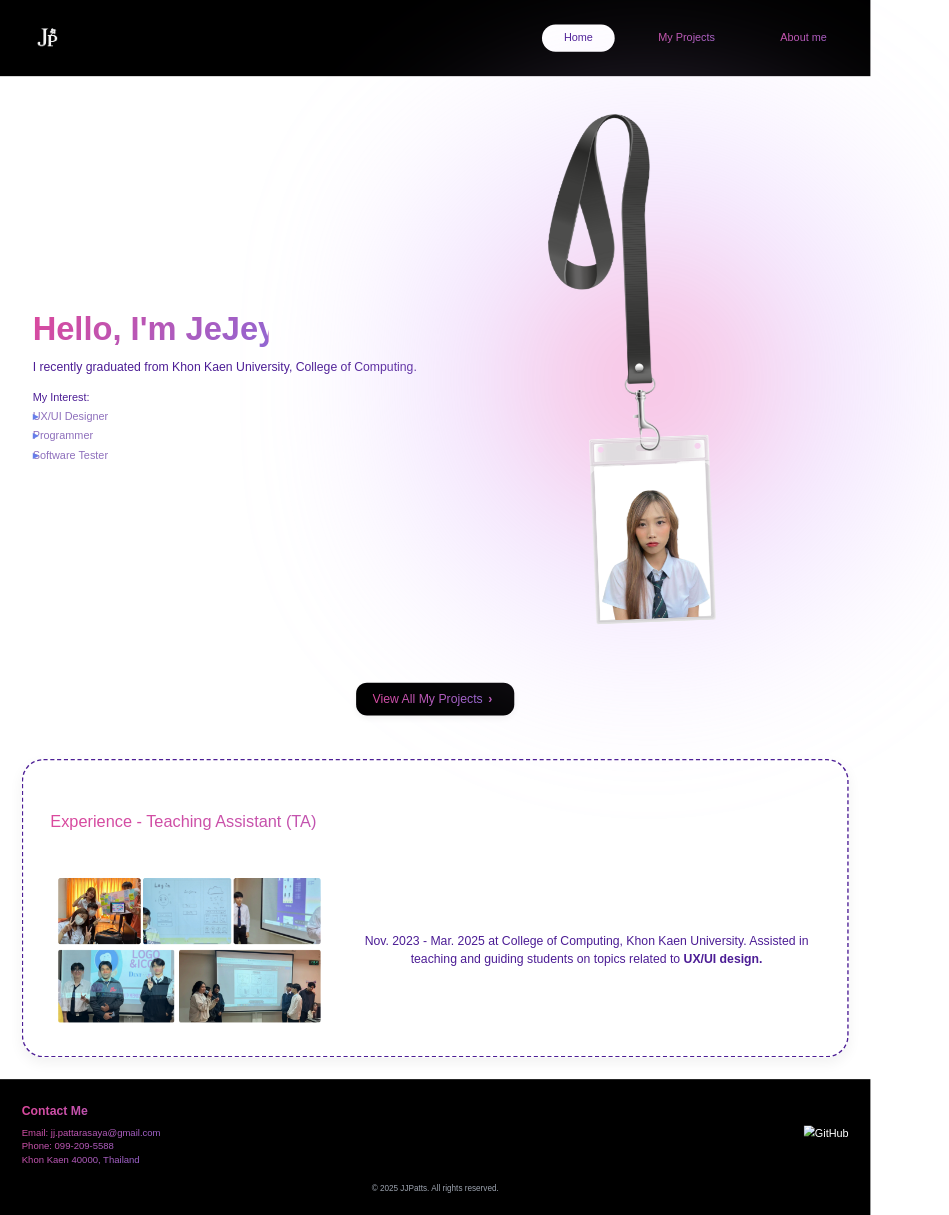
Repository: PattarasayaJJ/Portfolio-jjpatts
Page: /
These files come from the project's save history. The page is drawn as it stood at one moment and after a run of saves; the edit follows.
The browser window is 1280 px wide. The page is 1396 px wide, so the pictures cover 1396 px, including what lies to the right of the window. The pictures show the whole page, at 68% of full size.
The project was rebuilt for these pictures with package versions that can differ from the ones it lists, and the page was loaded fresh each time. Also part of the build but not shown: vite.config.js, vite.config.ts, src/header.css, src/components/Works.jsx, src/components/Aboutme.jsx.

Above is the page before, as saved 2025-08-03 16:14:43.

### index.html
<!doctype html>
<html lang="en">
  <head>
    <meta charset="UTF-8" />
    <link rel="icon" type="image/svg+xml" href="/JPtab.png" />
    <meta name="viewport" content="width=device-width, initial-scale=1.0" />
    <title>JJPatts Portfolio</title>
  </head>
  <body>
    <div id="root"></div>
    <script type="module" src="/src/index.jsx"></script>
  </body>
</html>

### src/index.css
@import 'tailwindcss/base';
@import 'tailwindcss/components';
@import 'tailwindcss/utilities';
@import url('https://fonts.googleapis.com/css2?family=Kanit:wght@400;700&display=swap');

*{
   font-family: 'Kanit', sans-serif;

}

### src/App.jsx
import React from 'react';
import { BrowserRouter as Router, Routes, Route } from 'react-router-dom';
import { Header } from './components/Header';
import { Hero } from './components/Hero';
import { Works } from './components/Works';
import { Aboutme } from './components/Aboutme' ;
import { Footer } from './components/Footer';
export function App() {
  return (
    <Router>
      <div className="w-full min-h-screen bg-white">
        <Header />
        <main className="w-full">
          <Routes>
            <Route path="/" element={<><Hero /> </>} />
            <Route path="/works" element={<><Works /></>}/>
            <Route path="/aboutme" element={<Aboutme />} />


          </Routes>
        </main>
        <Footer />

      </div>
    </Router>
  );
}

### src/components/Hero.jsx
import React from 'react';
import '../hero.css';
import { Link } from 'react-router-dom';

export const Hero = () => {
  return (
    <>
      <section className="hero-section">
        <div className="hero-container">
          <div className="hero-left">
            <div className="hero-text-box">
<span className="hero-name typing gradient-text">Hello, I'm JeJey.</span>              <p className="hero-quote">
                I recently graduated from Khon Kaen University, College of Computing.
              </p>
              <li className='interest'>My Interest: </li>              <li >UX/UI Designer</li>    <li >Programmer</li>               <li >Software Tester</li>
            </div>


          </div>

          <div className="hero-left">
            <div className="hero-image-wrapper">
              <img
                src="/card1.png"
                alt="Portfolio character illustration"
                className="hero-main-image"
              />
            </div>

          </div>

        </div>
          <Link
  to="/works"
  className="moreproject"
  onClick={() => window.scrollTo({ top: 0, behavior: 'instant' })}
>
  <span className="gradient-text">View All My Projects</span>
  <span className="arrow-icon gradient-text">›</span>
</Link>
      </section>

      <section className="hero-section">
        <div className="final-project-card-ex">
          <h2 className="final-project-title gradient-text">
            Experience - Teaching Assistant (TA)
          </h2>
          <div className="final-project-content">
            <div className="final">
              <img
                src="/ta.png"
                alt="TA Presentation"
                className="bottom-image"
              />
            </div>
            <p className="bottom-caption">
              Nov. 2023 - Mar. 2025 at College of Computing, Khon Kaen University.
              Assisted in teaching and guiding students on topics related to{' '}
              <span className="uxui">UX/UI design.</span>
            </p>
          </div>
        </div>
      </section>
    </>
  );
};

### src/components/Footer.jsx
import React from 'react';

export function Footer() {
  return (
    <footer className="w-full bg-black text-white py-8 px-8">
  <div className="max-w-7xl mx-auto flex flex-col md:flex-row justify-between items-center space-y-6 md:space-y-0">

        <div className="text-center md:text-left gradient-text ">
          <h2 className="text-lg font-semibold">Contact Me</h2>
          <p className="text-sm mt-2">Email: jj.pattarasaya@gmail.com</p>
          <p className="text-sm">Phone: 099-209-5588</p>
          <p className="text-sm">Khon Kaen 40000, Thailand</p>

        </div>

        <div className="flex space-x-4 ">
        <a href="https://github.com/PattarasayaJJ" target="_blank" rel="noopener noreferrer">
        <img src="https://github.githubassets.com/favicons/favicon.png" alt="GitHub" />

  </a>

        </div>
      </div>

      <div className="text-center text-xs text-gray-400 mt-6 ">
        © {new Date().getFullYear()} JJPatts. All rights reserved.
      </div>
    </footer>
  );
}

### src/hero.css

.hero-section {
  max-width: 80rem;
    margin: 0 auto;
    padding: 2rem;
}

.hero-container {
  max-width: 80rem;
  margin: 0 auto;
  display: flex;
  flex-direction: column;
  gap: 2rem;
  justify-content: space-between;
  align-items: center;
}

.hero-image-wrapper {
  position: relative;
  z-index: 10;
  overflow: visible;
}


@keyframes gradientShift {
  0% {
    background: radial-gradient(
      circle at center,
      rgba(244, 114, 182, 0.5),
      rgba(216, 180, 255, 0.3),
      transparent 70%
    );
  }
  50% {
    background: radial-gradient(
      circle at center,
      rgba(129, 140, 248, 0.5),
      rgba(216, 180, 255, 0.4),
      transparent 70%
    );
  }
  100% {
    background: radial-gradient(
      circle at center,
      rgba(244, 114, 182, 0.5),
      rgba(216, 180, 255, 0.3),
      transparent 70%
    );
  }
}


.hero-image-wrapper::before {
  content: "";
  position: absolute;
  top: 50%;
  left: 50%;
  width: 150%;
  height: 150%;
  transform: translate(-50%, -50%);
  filter: blur(80px);
  z-index: 5;
  pointer-events: none;
  animation: gradientShift 5s ease-in-out infinite;
}



.hero-left {
  position: relative;
  width: 100%;
}

@media (min-width: 768px) {
  .interest{
    list-style: none;
    color: #4c1d95;
    font-size: 1.125rem;


  }
 /* Enhanced Interest List */
.interest {
  list-style: none;
  color: #4c1d95;
  font-size: 1.125rem;
  font-weight: 600;
  margin-bottom: 1rem;
  position: relative;
}

.interest::before {
  margin: 0;
}

li {
  list-style: none;
  color: #4d1d95;
  line-height: 2rem;
  font-size: 1.125rem;
  padding: 0.5rem 0;
  position: relative;
  padding-left: 1.5rem;
  transition: all 0.3s ease;
}

li:not(.interest)::before {
  content: "▸";
  position: absolute;
  left: 0;
  color: #667eea;
  font-weight: bold;
  transition: all 0.3s ease;
}

li:not(.interest):hover {
  color: #667eea;
  transform: translateX(5px);
}

li:not(.interest):hover::before {
  color: #764ba2;
  transform: scale(1.2);
}
  .hero-container {
    flex-direction: row;
  }
  .hero-left {
    width: 50%;
  }
  .final-project-card-ex {
    border-radius: 2rem;
    padding: 2.5rem;
    box-shadow: 0 8px 20px rgba(0, 0, 0, 0.06);
    border-width:2px;
    border-style:dashed;
    border-color: #4c1d95;
  }
  .hero-right {
    width: 50%;
    text-align: right;
  }
}





.hero-text-box {
  color: #4c1d95;
  max-width: 36rem;
  margin-left: auto;
}



.hero-quote {
  font-size: 1.125rem;
  margin-bottom: 1rem;

}

.hero-name {
  font-weight: 700;
  margin-top: 1rem;


}




@keyframes swingImage {
  0% {
    transform: rotate(0deg);
  }
  25% {
    transform: rotate(-3deg);
  }
  50% {
    transform: rotate(0deg);
  }
  75% {
    transform: rotate(3deg);
  }
  100% {
    transform: rotate(0deg);
  }
}

.hero-main-image {
  width: 100%;
  max-width: 28rem;
  margin: 0 auto;
  position: relative;
  z-index: 20;
  animation: swingImage 5s ease-in-out infinite;
  transform-origin:center;
}


@media (max-width: 767px) {
  .hero-image-wrapper::before {
    width: 100%;
    height: 100%;
    filter: blur(60px);
  }
  .hero-main-image {
    width: 90%;
    max-width: 20rem;
  }

  .hero-text-box {
    max-width: 100%;
    margin-left: 0;
    padding: 0 1rem;
  }
  .hero-quote {
    font-size: 1rem;

  }

  .bottom-caption {
    font-size: 1rem;
    color: #4c1d95;
    align-self: center;
    text-align: center;

  }
  .uxui{
    font-size: 1rem;
    color: #4c1d95;
    text-align: center;
    line-height: 1.5;
    font-weight: bold;

  }
  .final-project-card-ex {
    border-radius: 2rem;
    padding: 2.5rem;
    box-shadow: 0 8px 20px rgba(0, 0, 0, 0.06);
    border-width:2px;
    border-style:dashed;
    border-color: #4c1d95;
  }
  .interest{
    list-style: none;
    color: #4c1d95;

  }
  li{
    font-size: 1rem;
    color: #4d1d95a2;
    line-height: 1.8rem;

  }

}







  @media (min-width: 768px) {
    .experience-title {
      text-align: left;
      font-size: 1.5rem;
    }
  }



  @media (min-width: 768px) {

  }


  @media (min-width: 768px) {
    .bottom-image {
      width:100%;
      max-width: 700px;
      border-radius: 1rem;
    }


    .bottom-caption {
      font-size: 1.125rem;
      color: #4c1d95;
      align-self: center;
      text-align: center;

    }
    .uxui{
      font-size: 1.125rem;
      color: #4c1d95;
      text-align: center;
      line-height: 1.5;
      font-weight: bold;

    }
  }



  .hero-name{
    font-size: 3rem;
  }

  .typing {
    display: inline-block;
    overflow: hidden;
    white-space: nowrap;
    animation: typing 2s steps(13) forwards;
  }

  @keyframes typing {
    from { width: 0 }
    to { width: 13ch }
  }

### src/projects.css
.projects-section {
  max-width: 80rem;
  margin: 0 auto;
  padding: 2rem 1rem;
  background-color: #ffffff;
  width: 100%;
}

.projects-container {
  max-width: 80rem;
  margin: 0 auto;
  display: flex;
  flex-direction: column;
  gap: 2rem;
}

.final-project-card {
  background: linear-gradient(to right, #FFFFFF, #E1D0F9);
  border-radius: 2rem;
  padding: 2rem;
  box-shadow: 0 8px 20px rgba(0, 0, 0, 0.06);
  display: flex;
  flex-direction: column;
  align-items: center;
  gap: 1.5rem;
}

 .minicard{
    background: linear-gradient(to right, #ffffff, #ffffff);
    border-radius: 2rem;
    padding: 2.5rem;
    box-shadow: 0 8px 20px rgba(0, 0, 0, 0.06);
      border: 1px solid #eee7f9; /* สีม่วงเข้ม ชัดๆ */

  }

.final-project-content {
  display: flex;
  flex-direction: row;
  align-items: center;
  justify-content: space-between;
  gap: 2em;
  font-size: 1.125rem;
  color: #4c1d95;
}

.final-project-text {
  width: 100%;
}

.project-title,
.final-project-title {
  font-size: 1.5rem;
  margin-bottom: 1.5rem;
  padding: 2rem 0;
  color: #DD489B;
}

.project-card.mini .project-title {
  color: #9067D3;
}

.project-image,
.final-project-image,
.project-screenshot {
  width: 100%;
  max-width: 800px;
  height: auto;
  border-radius: 1rem;
  object-fit: cover;
  display: flex;
  align-items: center;
  justify-content: center;
  margin-top: 1rem;
}

.moreproject {
  width: fit-content;
  height: 3rem;
  border-radius: 16px;
  display: flex;
  align-items: center;
  justify-content: center;
  font-size: 1.125rem;
  cursor: pointer;
  transition: background-color 0.3s, transform 0.2s;
  text-decoration: none;
  margin: 2rem auto 0;
  box-shadow: 0 4px 10px rgba(0, 0, 0, 0.05);
  animation: pulseMove 2s ease-in-out infinite;
  background-color: black;
  padding: 0 1.5rem;
}

.moreproject:hover {
  background-color: #f2f2f2;
  transform: scale(1.08);
}

.arrow-icon {
  padding: 0.5rem;
  font-weight: bold;
}

@keyframes pulseMove {
  0% {
    transform: scale(1);
  }

  50% {
    transform: scale(1.05);
  }

  100% {
    transform: scale(1);
  }
}

@media (max-width: 767px) {
  .projects-section {
    padding: 2rem 1rem;
  }

  .final-project-card {
    padding: 2rem;
    border-radius: 1.5rem;
  }

  .final-project-content {
    flex-direction: column;
    font-size: 1rem;
  }

  .final-project-text {
    width: 100%;
  }

  .final-project-image {
    width: 100%;
  }

  .project-title {
    font-size: 1.25rem;
  }

  .icon-wrapper {
    width: 2rem;
    height: 2rem;
  }

  .project-screenshot {
    margin-top: 1rem;
  }

  .mini-projects-grid {
    gap: 1.5rem;
  }

  .text-final,
  .appname {
    text-align: center;
    font-size: 1rem;
    color: #4c1d95;
    font-weight: 700;
  }
}

@media (min-width: 768px) {
  .projects-section {
    padding: 2rem;
  }

  .project-title {
    font-size: 2rem;
  }

  .project-image {
    max-width: 1000px;
  }

  .text-final,
  .final-project-content,
  .appname {
    font-size: 1.125rem;
    color: #4c1d95;
  }

  .appname {
    font-weight: 700;
  }
}

@media (min-width: 768px) and (max-width: 1024px) and (orientation: portrait) {
  .final-project-content {
    flex-direction: column;
  }
}

### src/work.css
.projects-section {
  width: 100%;
  max-width: 1200px;
  margin: 0 auto;
  padding: 2rem 1rem;
  background-color: #ffffff;
}

.projects-container {
  display: flex;
  flex-direction: column;
  gap: 3rem;
}

.breadcrumb {
  margin-bottom: 2rem;
  font-size: 0.9rem;
  color: #666;
}

.breadcrumb-link {
  color: #666;
  text-decoration: none;
}

.breadcrumb-link:hover {
  color: #333;
}

.breadcrumb-separator {
  margin: 0 0.5rem;
}

.breadcrumb-current {
  color: #333;
  font-weight: 500;
}

.final-project-text {
  text-align: left;
}

.project-title {
  font-size: 2rem;
  font-weight: 700;
  color: #DD489B;
  margin: 0;
  list-style: none;
}

.project-title li {
  list-style: none;
}

.gradient-text {
  background: linear-gradient(135deg, #DD489B, #9067D3);
  -webkit-background-clip: text;
  -webkit-text-fill-color: transparent;
  background-clip: text;
}

/* Project Card */
.project-card {
  background: #ffffff;
  border-radius: 20px;
  padding: 3rem;
  box-shadow: 0 8px 32px rgba(0, 0, 0, 0.08);
  border: 1px solid #f0f0f0;
  display: flex;
  flex-direction: column;
  gap: 2rem;
}

/* Project Images */
.project-images {
  display: flex;
  justify-content: center;
  gap: 2rem;
  margin-bottom: 1rem;
}

.project-images.single {
  justify-content: center;
}

.project-images.single .project-image {
  max-width: 600px;
}

.project-image {
  max-width: 400px;
  width: 100%;
  height: auto;
  border-radius: 12px;
  box-shadow: 0 8px 24px rgba(0, 0, 0, 0.12);
  transition: transform 0.3s ease, box-shadow 0.3s ease;
}

.project-image:hover {
  transform: translateY(-4px);
  box-shadow: 0 12px 32px rgba(0, 0, 0, 0.16);
}

/* Project Content */
.project-content {
  text-align: center;
  display: flex;
  flex-direction: column;
  gap: 1.5rem;
}

.project-name {
  font-size: 1.25rem;
  line-height: 1.6;
  color: #4c1d95;
  margin: 0;
  font-weight: 400;
}

.highlight {
  font-weight: 700;
  color: #6b46c1;
}

/* Skills List */
.skills-list {
  display: flex;
  flex-wrap: wrap;
  gap: 0.75rem;
  margin-top: 1rem;
}

.skill-tag {
  background: linear-gradient(135deg, #e5d4ff, #f3e8ff);
  color: #6b46c1;
  padding: 0.5rem 1rem;
  border-radius: 20px;
  font-size: 0.875rem;
  font-weight: 500;
  border: 1px solid #e5d4ff;
  transition: all 0.3s ease;
}

.skill-tag:hover {
  background: linear-gradient(135deg, #ddd6fe, #e5d4ff);
  transform: translateY(-2px);
  box-shadow: 0 4px 12px rgba(107, 70, 193, 0.2);
}

/* Responsive Design */
@media (max-width: 1024px) {
  .project-images {
    gap: 1.5rem;
  }

  .project-image {
    max-width: 350px;
  }
}

@media (max-width: 768px) {
  .projects-section {
    padding: 1.5rem 1rem;
  }

  .project-card {
    padding: 2rem 1.5rem;
  }

  .project-images {
    flex-direction: column;
    align-items: center;
    gap: 1.5rem;
  }

  .project-image {
    max-width: 100%;
    width: 100%;
  }

  .project-images.single .project-image {
    max-width: 100%;
  }

  .project-title {
    font-size: 1.5rem;
  }

  .project-name {
    font-size: 1.1rem;
    text-align: left;
  }

  .skills-list {
    justify-content: flex-start;
  }
}

@media (max-width: 480px) {
  .project-card {
    padding: 1.5rem 1rem;
  }

  .project-name {
    font-size: 1rem;
  }

  .skill-tag {
    font-size: 0.75rem;
    padding: 0.4rem 0.8rem;
  }
}

Loaded but not shown: src/index.jsx (common file); tailwind.config.js (common file); src/aboutme.css (300 lines, source omitted); src/components/Header.jsx (110 lines, source omitted)

After the next 2 saves:
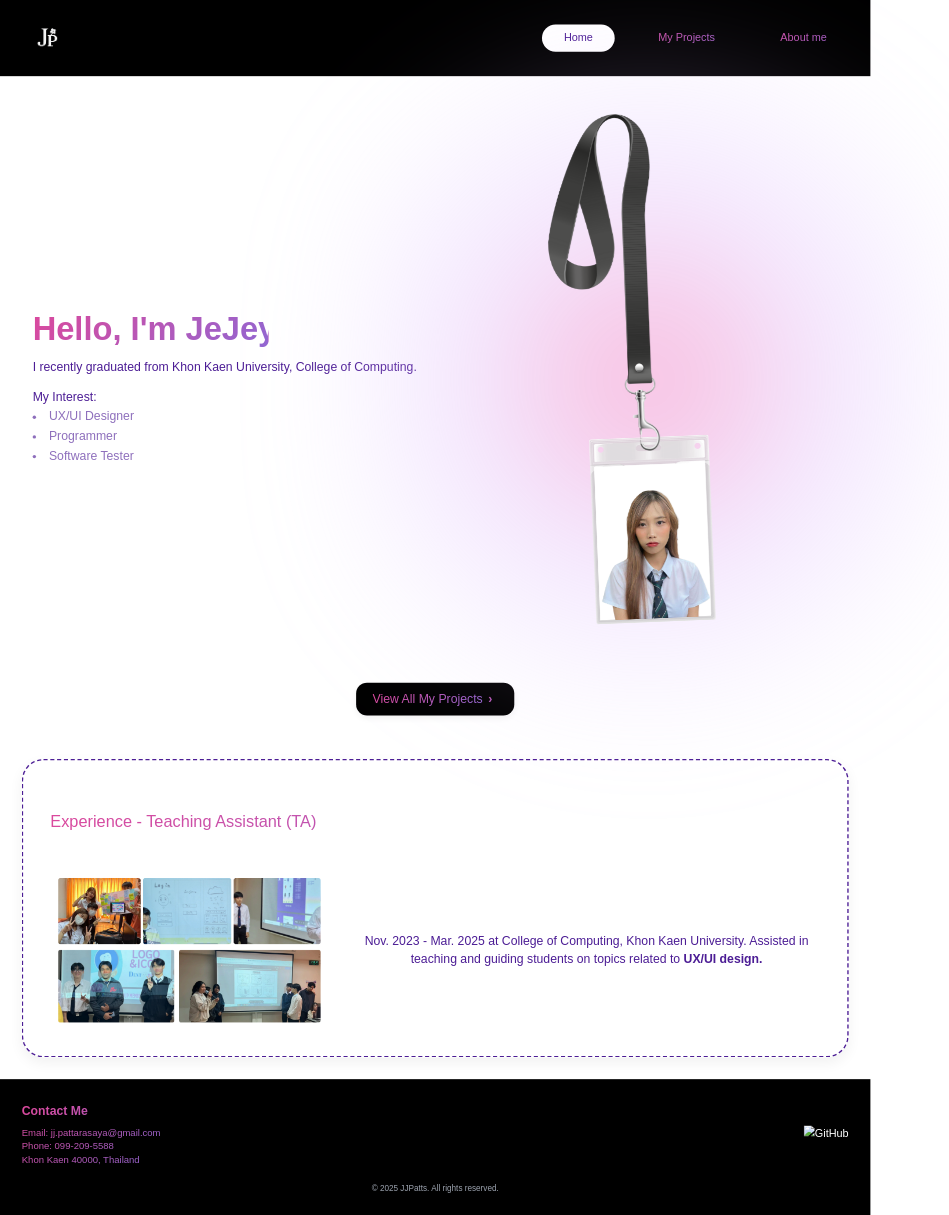
The 2 saves are shown as one change because they came seconds apart.
The last was saved 23 s later.
--- a/src/hero.css
+++ b/src/hero.css
@@ -79,49 +79,15 @@
 
 
   }
- /* Enhanced Interest List */
-.interest {
-  list-style: none;
-  color: #4c1d95;
-  font-size: 1.125rem;
-  font-weight: 600;
-  margin-bottom: 1rem;
-  position: relative;
-}
-
-.interest::before {
-  margin: 0;
-}
-
-li {
-  list-style: none;
-  color: #4d1d95;
-  line-height: 2rem;
-  font-size: 1.125rem;
-  padding: 0.5rem 0;
-  position: relative;
-  padding-left: 1.5rem;
-  transition: all 0.3s ease;
-}
-
-li:not(.interest)::before {
-  content: "▸";
-  position: absolute;
-  left: 0;
-  color: #667eea;
-  font-weight: bold;
-  transition: all 0.3s ease;
-}
-
-li:not(.interest):hover {
-  color: #667eea;
-  transform: translateX(5px);
-}
-
-li:not(.interest):hover::before {
-  color: #764ba2;
-  transform: scale(1.2);
-}
+
+  li{
+    list-style: disc;
+    color: #4d1d95a2;
+    line-height: 1.8rem;
+    font-size: 1.125rem;
+
+
+  }
   .hero-container {
     flex-direction: row;
   }

After the save that followed:
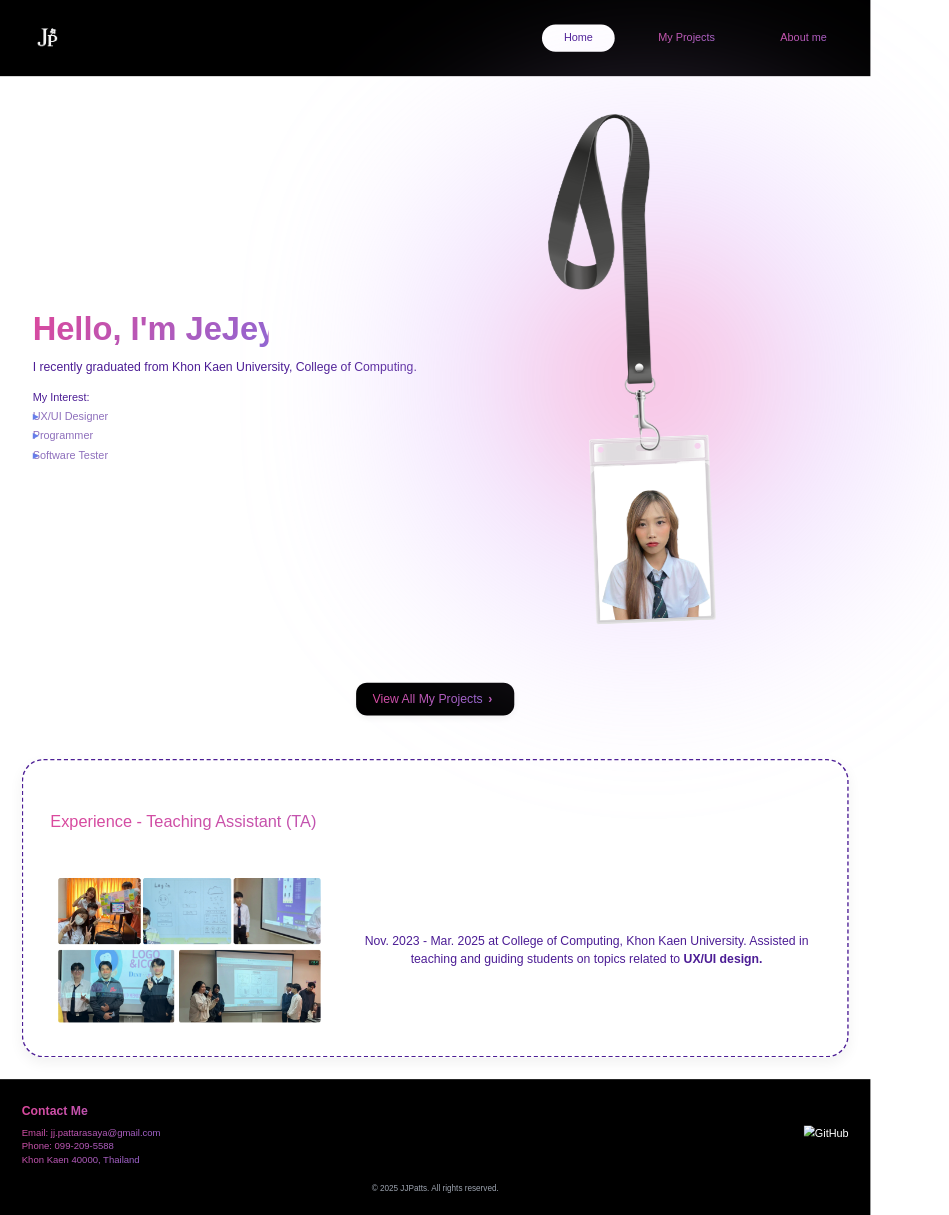
Saved 14 s later.
--- a/src/hero.css
+++ b/src/hero.css
@@ -79,15 +79,49 @@
 
 
   }
-
-  li{
-    list-style: disc;
-    color: #4d1d95a2;
-    line-height: 1.8rem;
-    font-size: 1.125rem;
-
-
-  }
+ /* Enhanced Interest List */
+.interest {
+  list-style: none;
+  color: #4c1d95;
+  font-size: 1.125rem;
+  font-weight: 600;
+  margin-bottom: 1rem;
+  position: relative;
+}
+
+.interest::before {
+  margin: 0;
+}
+
+li {
+  list-style: none;
+  color: #4d1d95;
+  line-height: 2rem;
+  font-size: 1.125rem;
+  padding: 0.5rem 0;
+  position: relative;
+  padding-left: 1.5rem;
+  transition: all 0.3s ease;
+}
+
+li:not(.interest)::before {
+  content: "▸";
+  position: absolute;
+  left: 0;
+  color: #667eea;
+  font-weight: bold;
+  transition: all 0.3s ease;
+}
+
+li:not(.interest):hover {
+  color: #667eea;
+  transform: translateX(5px);
+}
+
+li:not(.interest):hover::before {
+  color: #764ba2;
+  transform: scale(1.2);
+}
   .hero-container {
     flex-direction: row;
   }
